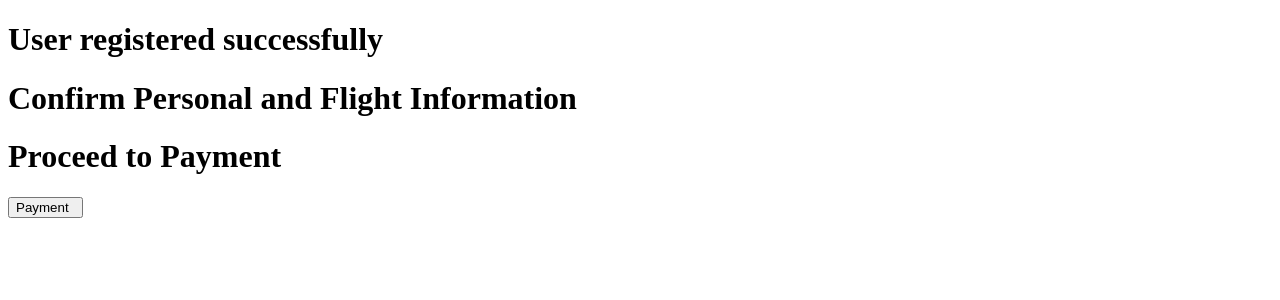
Repository: Shivani2392/FlyAwayProject
Page: http://localhost/FlightBookingPortal/BookFlight.jsp
These files come from the project's save history. The page is drawn as it stood at one moment and after the next save; the edit follows.
The browser window is 1280 px wide. The pictures show the whole page.
The page is served by Tomcat 9.

Above is the page before, as saved 2020-11-21 06:26:44.

After the next save:
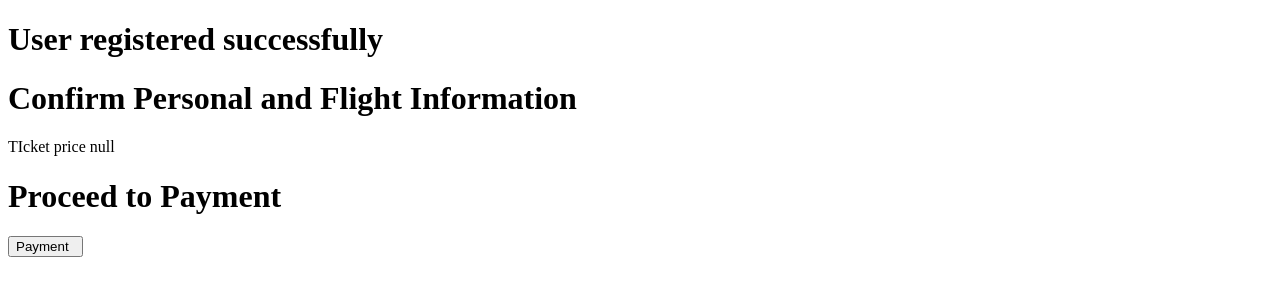
Saved 31 s later.
--- a/FlightBookingPortal/src/main/webapp/BookFlight.jsp
+++ b/FlightBookingPortal/src/main/webapp/BookFlight.jsp
@@ -13,8 +13,8 @@
 
 
 <%
-
-request.getParameter("price");
+out.println("TIcket price");
+out.println(request.getParameter("price"));
 
 %>
 
